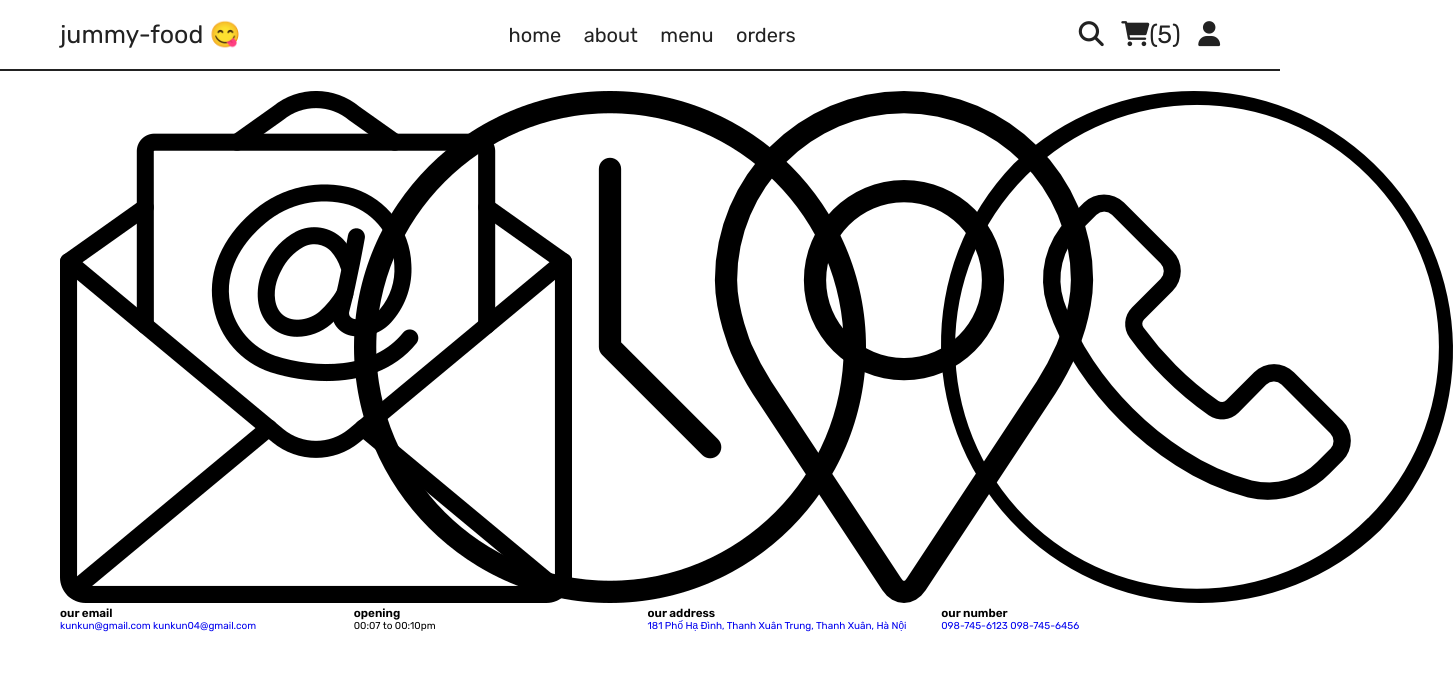
Repository: VuongLinhDinh/jummy_food
Page: home.html
The author's editor kept a copy of each file at every save. The page is drawn from the files as they stood at one save, then again after a run of saves.
The browser window is 1280 px wide. The page is 1453 px wide, then 1455 px, so the pictures cover 1455 px, including what lies to the right of the window. The pictures show the whole page.
Some web libraries are served in a nearby version.

Above is the page before, as saved 2023-11-07 15:53:44.

After the next 2 saves:
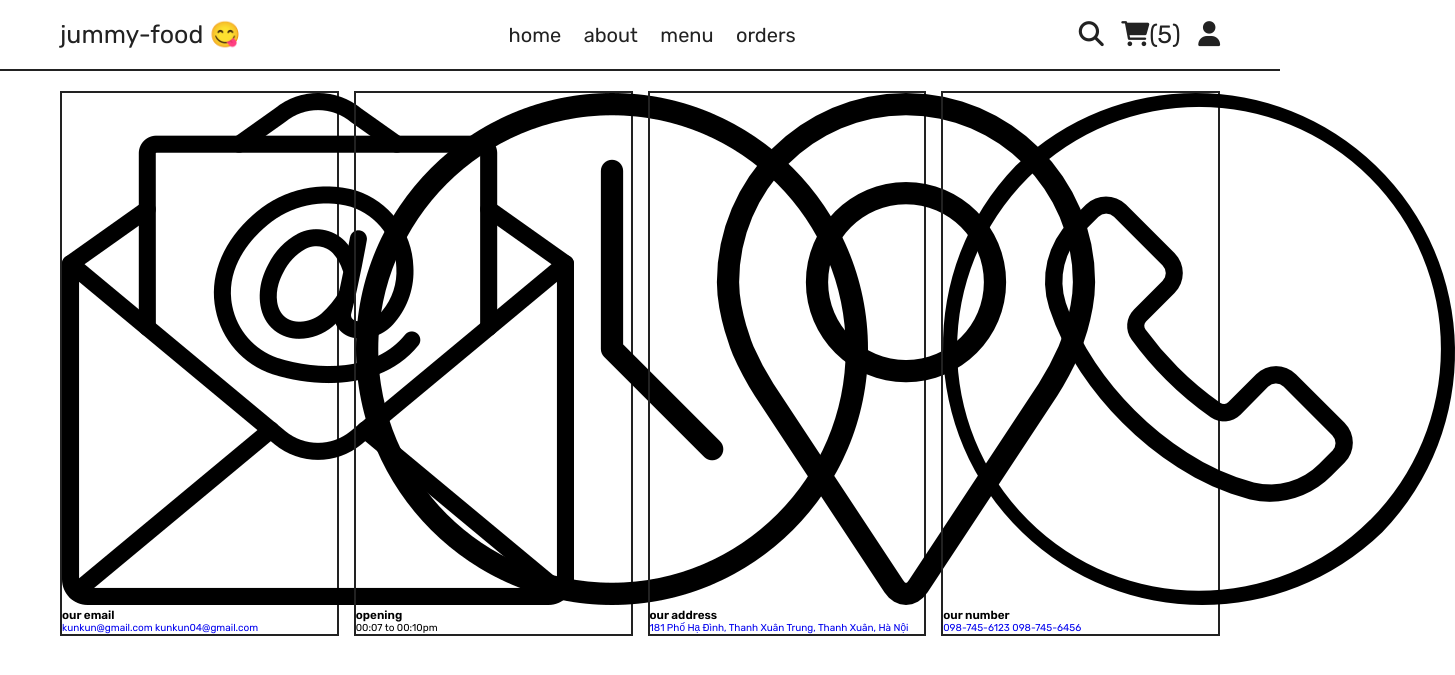
The 2 saves are shown as one change because they came seconds apart.
The last was saved 26 s later.
--- a/css/style.css
+++ b/css/style.css
@@ -186,6 +186,7 @@ section {
     align-items: flex-start;
 }
 .footer .grid .box {
+    border: var(--border);
 
 }
 
